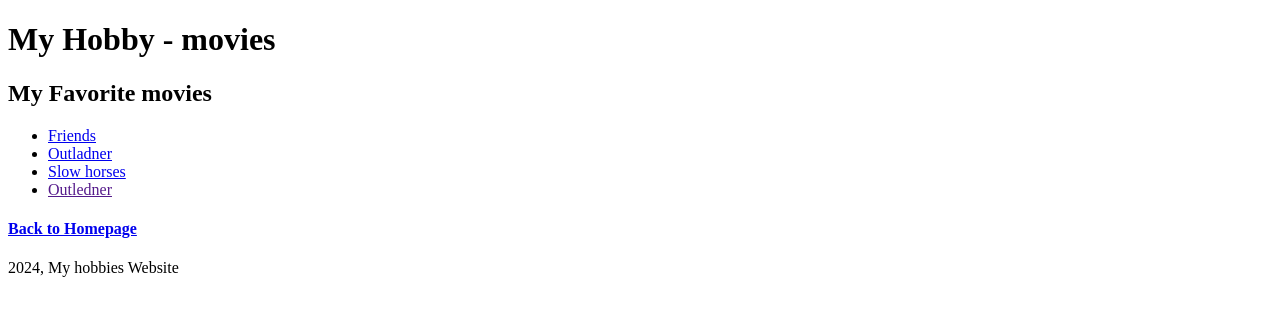
Repository: DaryaSarycheva/Hobbies
Page: pages/movies.html
These files come from the project's save history. The page is drawn as it stood at one moment and after the next save; the edit follows.
The browser window is 1280 px wide. The pictures show the whole page.

Above is the page before, as saved 2024-05-10 12:49:10.

After the next save:
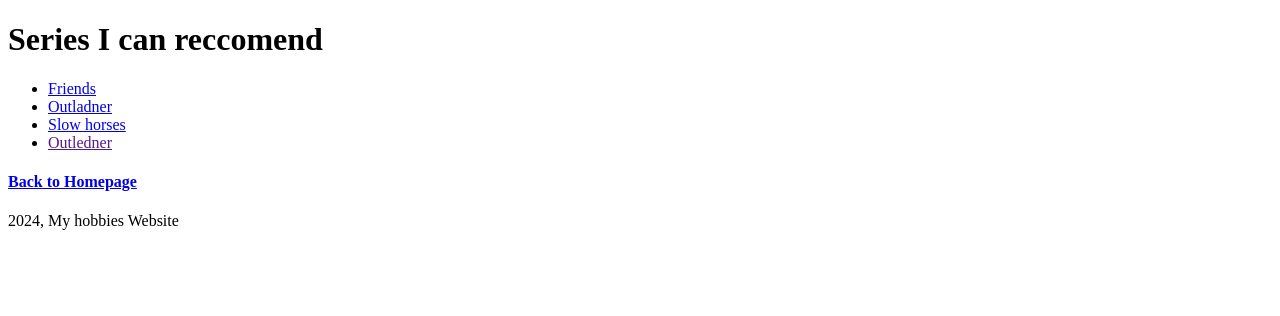
Saved 3 min 22 s later.
--- a/pages/movies.html
+++ b/pages/movies.html
@@ -7,10 +7,9 @@
 </head>
 <body>
     <header>
-        <h1>My Hobby - movies</h1>
+        <h1>Series I can reccomend</h1>
     </header>
     <main>
-        <h2>My Favorite movies</h2>
         <ul>
             <li><a href="https://en.wikipedia.org/wiki/Friends">Friends</a></li>
             <li><a href="https://en.wikipedia.org/wiki/Outlander_(TV_series)">Outladner</a></li>
